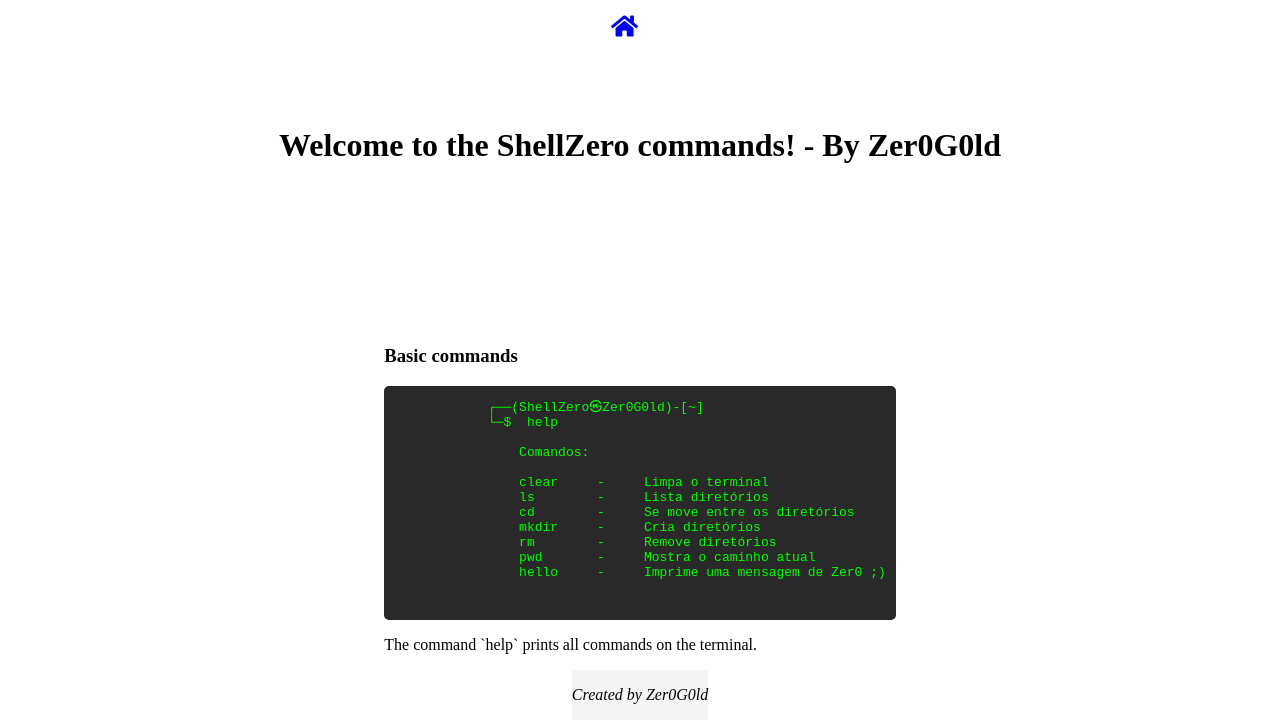
Repository: Zer0G0ld/ShellZer0
Page: site/commands.html
An editor plug-in stored every save of this project. The page is shown before and after a run of saves, followed by the edit.
The browser window is 1280 px wide. The pictures show the whole page.

Above is the page before, as saved 2023-08-14 14:30:08.

After the next 2 saves:
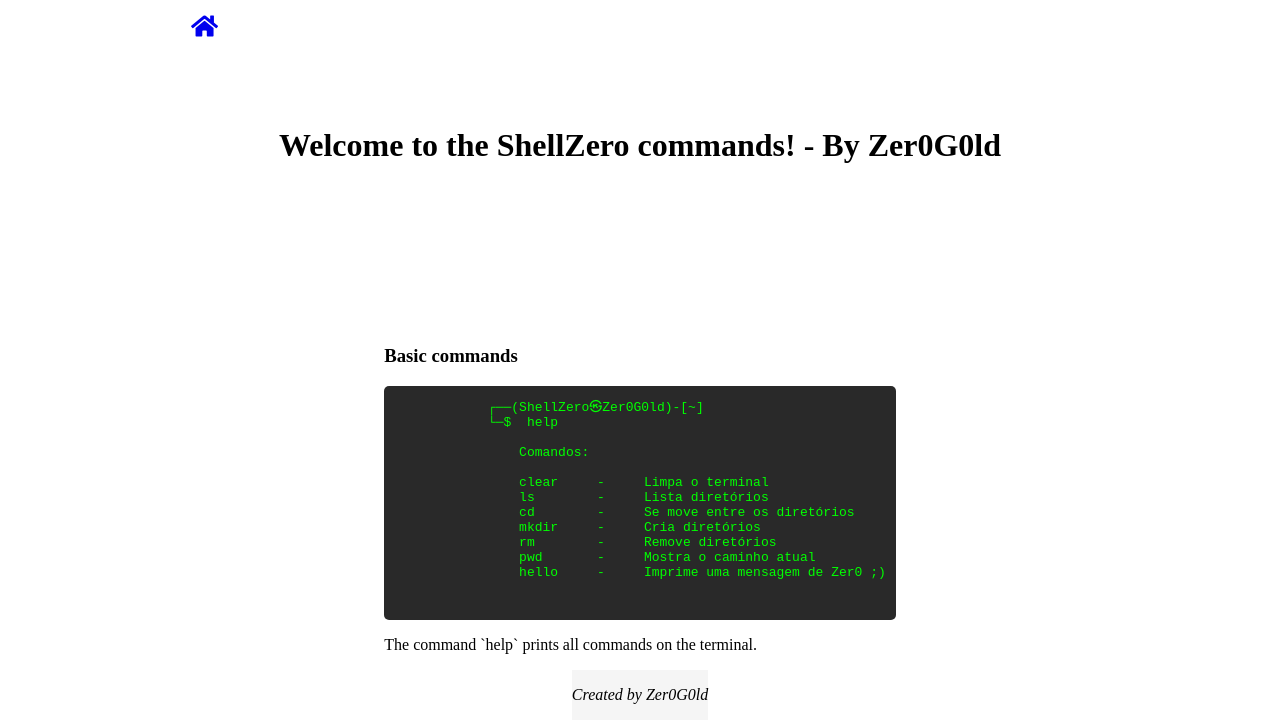
The 2 saves are shown as one change because they came seconds apart.
The last was saved 7 s later.
--- a/site/styleCommands.css
+++ b/site/styleCommands.css
@@ -24,7 +24,7 @@ body, header {
     content: "\f015"; /* Ícone de casa do FontAwesome */
     font-size: 24px; /* Ajuste o tamanho do ícone conforme necessário */
     position: absolute;
-    right: 60%; /* Posiciona o ícone à direita */
+    right: 60vh; /* Posiciona o ícone à direita */
     top: 50%; /* Centraliza verticalmente */
     transform: translateY(50%); /* Centraliza verticalmente */
 }
